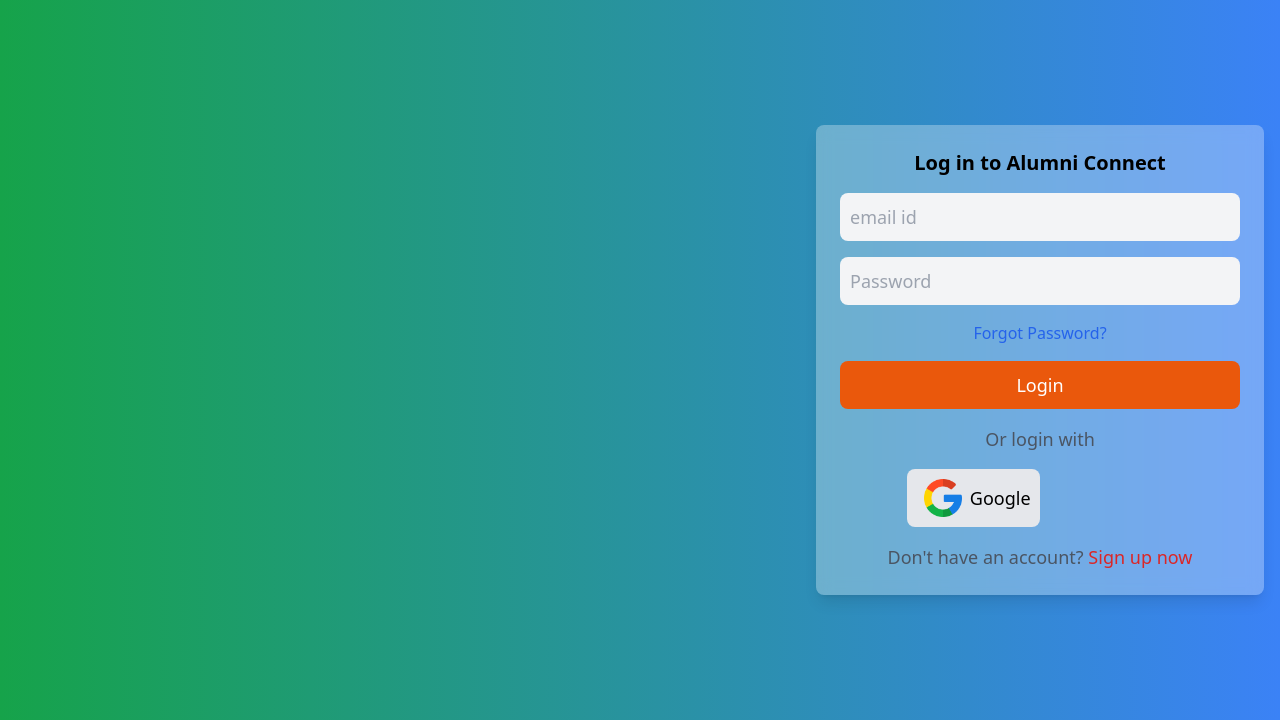
Repository: ptsdpatient/SIH24
Page: /login (app in frontend/)
The author's editor kept a copy of each file at every save. The page is drawn from the files as they stood at one save, then again after a run of saves.
The browser window is 1280 px wide. The pictures show the whole page.
The page's requests for data from a server got no answer. Some web libraries are served in a nearby version. The project was rebuilt for these pictures with package versions that can differ from the ones it lists, and the page was loaded fresh each time. The framework's server and built-in components were replaced by stand-ins that run in the browser. No one was signed in, and anything a server would have sent is missing.

Above is the page before, as saved 2024-09-14 16:06:14.

### frontend/src/app.html
<!doctype html>
<html lang="en">
	<head>
		<script src="https://accounts.google.com/gsi/client" async defer></script>
		<script src="https://cdn.tailwindcss.com"></script>

		<meta charset="utf-8" />
		<link rel="icon" href="%sveltekit.assets%/favicon.png" />
		<meta name="viewport" content="width=device-width, initial-scale=1" />
		%sveltekit.head%
	</head>
	<body data-sveltekit-preload-data="hover">
		<div style="display: contents">%sveltekit.body%</div>
	</body>
</html>

### frontend/src/routes/login/+page.svelte
<script>
    import {onMount} from 'svelte'
    const apiKey = import.meta.env.VITE_API_KEY;

    let email = '';
    let password = '';
    let enableTokenDebugging = false;


    async function authenticateToken(token){
        try{
            const response = await fetch((apiKey+'authenticateToken'), {
                method: 'GET',
                headers: {
                    'Content-Type': 'application/json',
                    'Authorization': `Bearer ${token}`
                },

            })

            const data = await response.json();

            if(data.auth){
              window.location.href = data.admin?'/admin':'/home'
            }

        }catch(err){
            alert("your session has expired, please login again")
        }
    }

    async function handleLogin() {
      const loginData = {
        email: email,
        password: password
      };

      try {
        const response = await fetch((apiKey+'login'), {
          method: 'POST',
          headers: {
          'Content-Type': 'application/json'
          },
          body: JSON.stringify(loginData),
        });

        if (!response.ok) {
          alert("failed")
          throw new Error('Login failed');
        }


        const data = await response.json();

        if(data.token) {
          localStorage.setItem('token', data.token);
        }

        if(data.user.isAdmin>0)admin=true

        window.location.href = '/home'

        console.log('Login successful:', data);
      } catch (error) {
        console.error('Error during login:', error);
      }
    }


    onMount(()=>{
         const token = localStorage.getItem('token');
         if(token) {
            authenticateToken(token)
         }
    })

  </script>


<div class="flex flex-col md:flex-row justify-end bg-gradient-to-r from-green-600 to-blue-500" style="width:100vw;height:100svh">

    <div class=" absolute md:relative flex items-center justify-center p-4">
        <div class="bg-white bg-opacity-30 backdrop-blur rounded-lg shadow-lg p-6 max-w-md w-full animate-fadeIn">
            <p id="login" class="text-center text-xl font-semibold">Log in to Alumni Connect</p>
            <div action="" class="mt-4">
                <input bind:value={email} type="email" id="username" name="username" placeholder="email id"  required class="w-full p-2.5 mb-4 border-none rounded-lg text-lg bg-gray-100 outline-none">
                <input bind:value={password} type="password" id="password" name="password" placeholder="Password" required class="w-full p-2.5 mb-4 border-none rounded-lg text-lg bg-gray-100 outline-none">
                <p class="text-gray-600 text-center mb-4">
                    <a href="forgot_password.html" class="text-blue-600">Forgot Password?</a>
                </p>


                <button on:click={()=>handleLogin()} class="w-full p-2.5 mb-4 border-none rounded-lg text-lg bg-orange-600 text-white cursor-pointer">Login</button>


                <p id="suggest" class="text-gray-600 text-center text-lg mb-4">Or login with</p>

                <div class="w-2/3 mx-auto flex flex-wrap justify-between">
                  <button class="w-1/2 p-2.5 mb-4 border-none rounded-lg text-lg bg-gray-200 flex items-center justify-center">
                    <img class="w-1/3 mx-2" src="/icon/google.png" alt=""> Google
                  </button>
                </div>

                <p id="suggest" class="text-gray-600 text-center text-lg">Don't have an account?
                    <a href="login.svelte" id="signup" class="text-red-600">Sign up now</a>
                </p>
              </div>
        </div>
    </div>




</div>

After the next 2 saves:
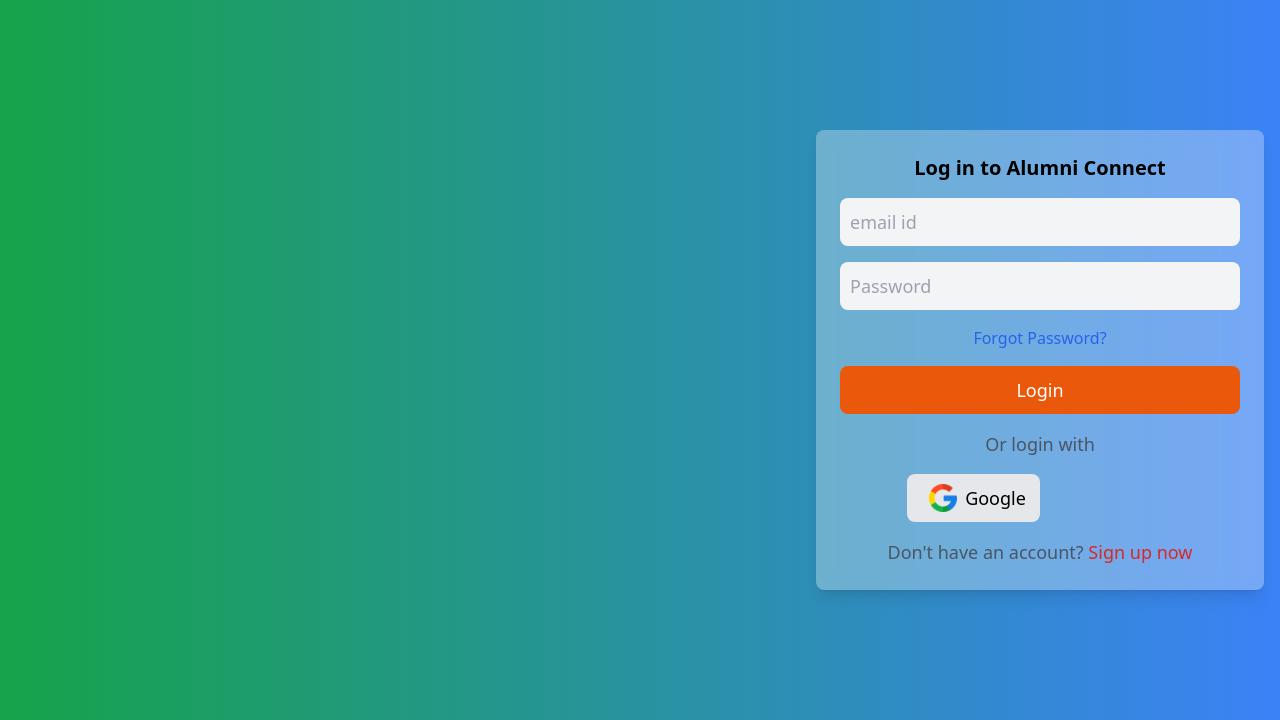
The 2 saves are shown as one change because they came seconds apart.
The last was saved 6 s later.
--- a/frontend/src/routes/login/+page.svelte
+++ b/frontend/src/routes/login/+page.svelte
@@ -97,7 +97,7 @@
 
                 <div class="w-2/3 mx-auto flex flex-wrap justify-between">
                   <button class="w-1/2 p-2.5 mb-4 border-none rounded-lg text-lg bg-gray-200 flex items-center justify-center">
-                    <img class="w-1/3 mx-2" src="/icon/google.png" alt=""> Google
+                    <img class="w-1/4 mx-2" src="/icon/google.png" alt=""> Google
                   </button>
                 </div>
 
